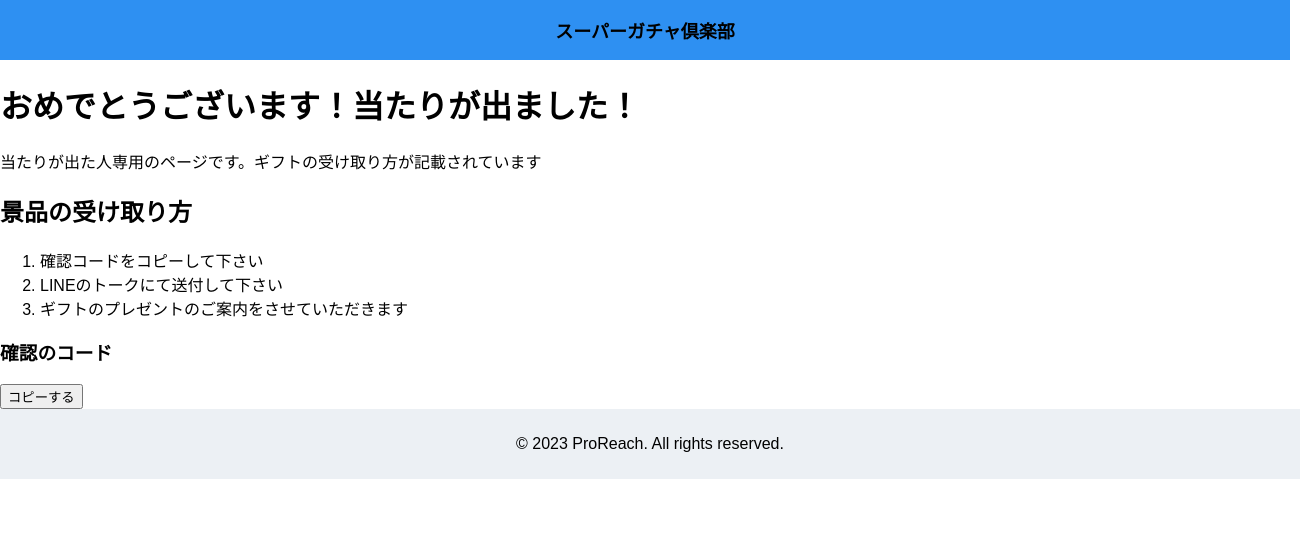
Repository: kskw0000/gggacha
Page: /winner (app in fronted/)
The author's editor kept a copy of each file at every save. The page is drawn from the files as they stood at one save, then again after the next save.
The browser window is 1280 px wide. The page is 1300 px wide, so the pictures cover 1300 px, including what lies to the right of the window. The pictures show the whole page.
The project was rebuilt for these pictures with package versions that can differ from the ones it lists, and the page was loaded fresh each time. Also part of the build but not shown: fronted/src/components/css/GachaMachine.css, fronted/src/components/pages/GachaMachine.js, fronted/src/components/pages/Gacha.js.

Above is the page before, as saved 2023-07-01 06:06:28.

After the next save:
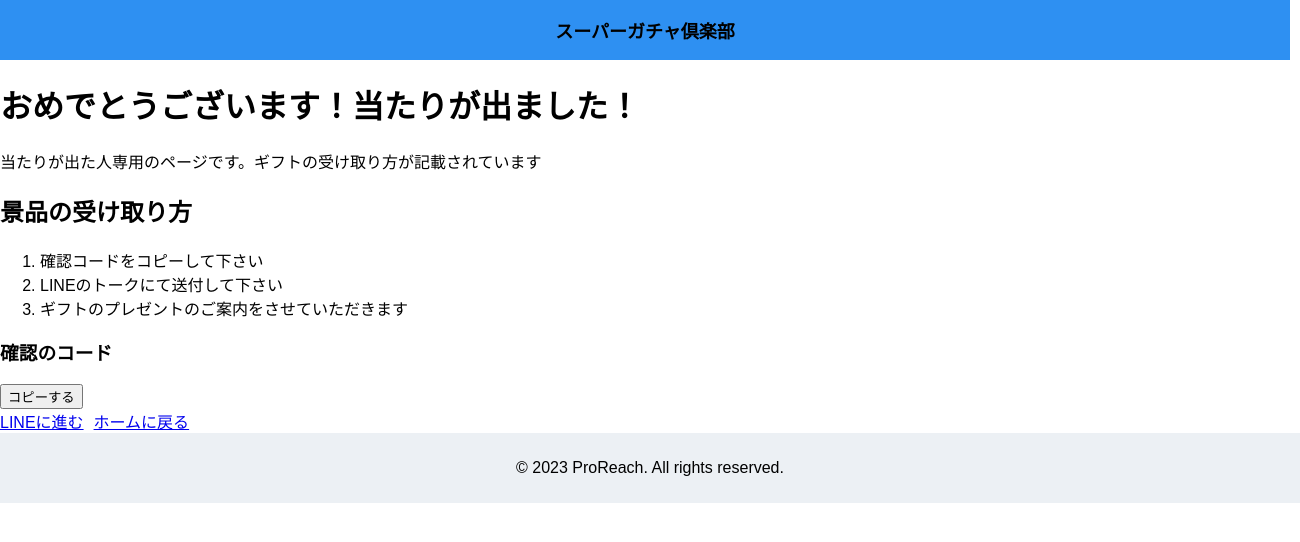
Saved 27 min 20 s later.
--- a/fronted/src/components/pages/WinnerPage.js
+++ b/fronted/src/components/pages/WinnerPage.js
@@ -1,10 +1,10 @@
 import React, { useState, useEffect } from 'react';
+import { Link } from 'react-router-dom';  // Add this line if not already present in your file
 
 const WinnerPage = () => {
   const [winCode, setWinCode] = useState('');
 
   useEffect(() => {
-    // Get the win code from local storage
     const savedCode = localStorage.getItem('winCode');
     if (savedCode) {
       setWinCode(savedCode);
@@ -13,7 +13,7 @@ const WinnerPage = () => {
 
   const handleCopyCode = async () => {
     try {
-      await navigator.clipboard.writeText(randomCode);
+      await navigator.clipboard.writeText(winCode);
       alert('Code copied to clipboard!');
     } catch (err) {
       console.error('Failed to copy text: ', err);
@@ -37,6 +37,18 @@ const WinnerPage = () => {
         <p>{winCode}</p>
         <button onClick={handleCopyCode}>コピーする</button>
       </div>
+
+      <div>
+        {/* LINEへのリンクボタン */}
+        <a href="https://lin.ee/jNGfEaS" target="_blank" rel="noreferrer" className="btn btn-primary" style={{marginRight: '10px'}}>
+          LINEに進む
+        </a>
+
+        {/* ホームに戻るボタン */}
+        <Link to="/" className="btn btn-secondary">
+          ホームに戻る
+        </Link>
+      </div>
     </div>
   );
 };
